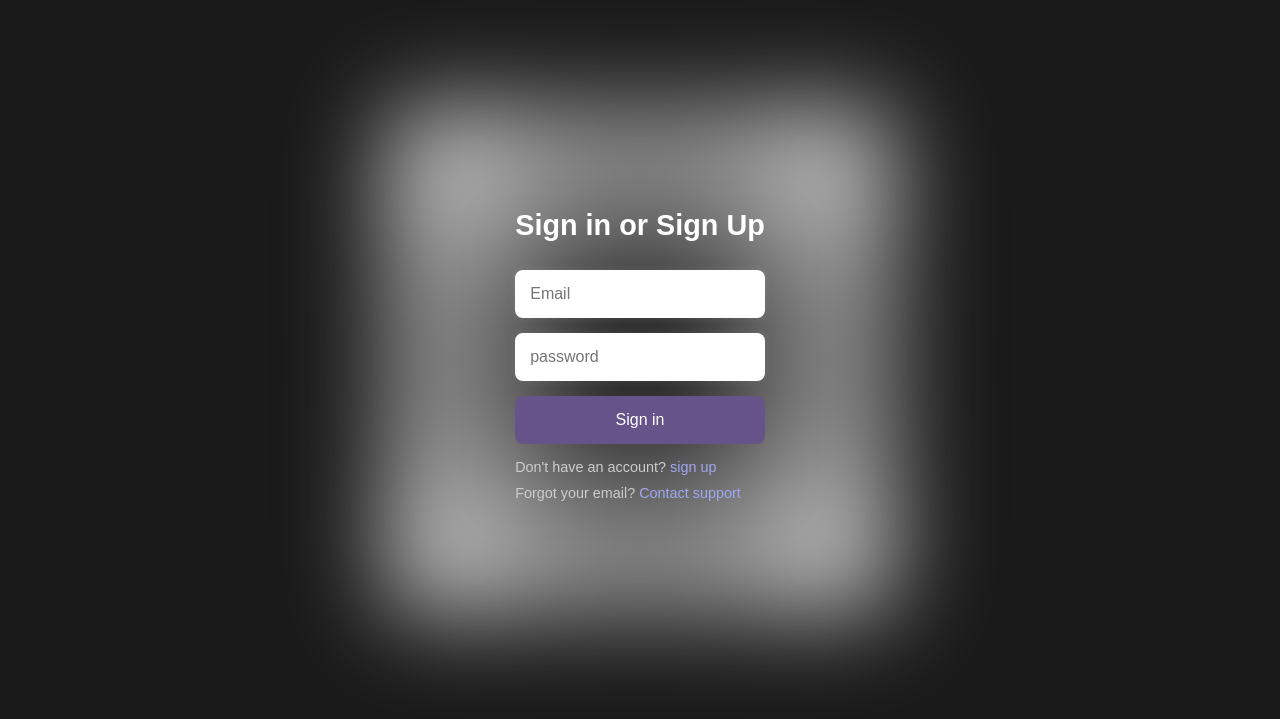
Repository: cmd-keyu/mobileppsh
Page: pages/login.html
An editor plug-in stored every save of this project. The page is shown before and after the next save, followed by the edit.
The browser window is 1280 px wide. The pictures show the whole page.

Above is the page before, as saved 2024-11-12 00:22:32.

### pages/login.html
<!DOCTYPE html>
<html lang="en">
<head>
  <meta charset="UTF-8">
  <meta name="viewport" content="width=device-width, initial-scale=1.0">
  <title>Sign In Form</title>
  <link rel="stylesheet" href="../css/login.css">
  <script src="../javascript/login.js" defer></script>
</head>
<body>
  <div class="container">
    <div class="glow-box">
      <h2 style="color: white;">Sign in or Sign Up</h2>
      <br>
      <!-- <p>All that is required is only your email for sign-up or sign-in!!</p> -->
      <form action="account.html">
        <div class="sign-up">
            <input type="text" placeholder="name" class="disabled-btn">
            <br>
            <br>
            <input type="text" placeholder="address (Optional)">
            <br>
            </div>
        <input type="email" placeholder="Email" required>
        <input type="password" placeholder="password" required>
        <button type="submit" class="sign-in-btn-hide">Sign in</button>
        <button type="submit" class="sign-up-btn-hide">Sign up</button>
      </form>
      <div class="support">
        <p class="sign-up-text-hide">Don't have an account? <label for="sign-up-btn" class="colorsnup">sign up</label><button class="sign-up-btn hide-btn2" id="sign-up-btn">sign up</button></p>
        <p class="sign-in-text-hide">Already have an account? <label for="sign-in-btn" class="colorsnup">sign in</label><button class="sign-in-btn hide-btn2" id="sign-in-btn">sign in</button></p>
        <p>Forgot your email? <a href="#">Contact support</a></p>
      </div>
    </div>
  </div>
</body>
</html>

### css/login.css
* {
    margin: 0;
    padding: 0;
    box-sizing: border-box;
    font-family: Arial, sans-serif;
  }

  body {
    display: flex;
    justify-content: center;
    align-items: center;
    height: 100vh;
    background-color: #1a1a1a;
  }

  .container {
    display: flex;
    justify-content: center;
    align-items: center;
    height: 100%;
  }

  .glow-box::before {
    content: '';
    position: absolute;
    top: 50%;
    left: 50%;
    width: 500px;
    height: 500px;
    background: radial-gradient(circle, black, white);
    transform: translate(-50%, -50%);
    z-index: -1;
    border-radius: 5%;
    filter: blur(50px);
  }

  h2 {
    font-size: 1.8em;
    margin-bottom: 10px;
  }
  label:hover{

    text-decoration: underline;

  }

  p {
    margin-bottom: 10px;
    font-size: 0.9em;
    color: #ccc;
  }

  form {
    display: flex;
    flex-direction: column;
    gap: 15px;
  }

  input[type="email"] {
    padding: 15px;
    font-size: 1em;
    border: none;
    border-radius: 8px;
    outline: none;
    width: 100%;
    box-shadow: 0 0 8px rgba(255, 255, 255, 0.1);
  }
  input[type="password"] {
    padding: 15px;
    font-size: 1em;
    border: none;
    border-radius: 8px;
    outline: none;
    width: 100%;
    box-shadow: 0 0 8px rgba(255, 255, 255, 0.1);
  }

  input[type="text"] {
    padding: 15px;
    font-size: 1em;
    border: none;
    border-radius: 8px;
    outline: none;
    width: 100%;
    box-shadow: 0 0 8px rgba(255, 255, 255, 0.1);
  }

  button {
    padding: 15px;
    font-size: 1em;
    background-color: rgb(102, 83, 138);
    color: #fff;
    border: none;
    border-radius: 8px;
    cursor: pointer;
    transition: background 0.3s;
  }

  button:hover {
    background-color: #4a3bdb;
  }

  .support {
    margin-top: 15px;
  }

  .support a {
    color: #a1a7f1;
    text-decoration: none;
  }

  .support a:hover {
    text-decoration: underline;
  }

  .sign-up{
    display: none;
  }

  .colorsnup{
    color: #a1a7f1;
  }

  .sign-up-btn-hide{
    display: none;
  }

  .hide-btn2{
    display: none;
  }

  .sign-in-text-hide{
    display: none;
  }

### javascript/login.js

const sign_up = document.querySelector('.sign-up')
const sign_up_btn = document.querySelector('.sign-up-btn')
const sign_in_btn = document.querySelector('.sign-in-btn')
const sign_in_btn_hide = document.querySelector('.sign-in-btn-hide')
const sign_up_btn_hide = document.querySelector('.sign-up-btn-hide')
const sign_in_text_hide = document.querySelector('.sign-in-text-hide')
const sign_up_text_hide = document.querySelector('.sign-up-text-hide')
const disabled_btn = document.querySelector('.disabled-btn')

sign_up_btn.addEventListener("click", () => {

  sign_up.style.display = 'block'
  sign_in_btn_hide.style.display = 'none'
  sign_up_btn_hide.style.display = 'block'
  sign_in_text_hide.style.display = 'block'
  sign_up_text_hide.style.display = 'none'
  disabled_btn.setAttribute('required', true)

})

sign_in_btn.addEventListener("click", () => {

  sign_up.style.display = 'none'
  sign_in_btn_hide.style.display = 'block'
  sign_up_btn_hide.style.display = 'none'
  sign_in_text_hide.style.display = 'none'
  sign_up_text_hide.style.display = 'block'
  disabled_btn.setAttribute('required', false)

})

After the next save:
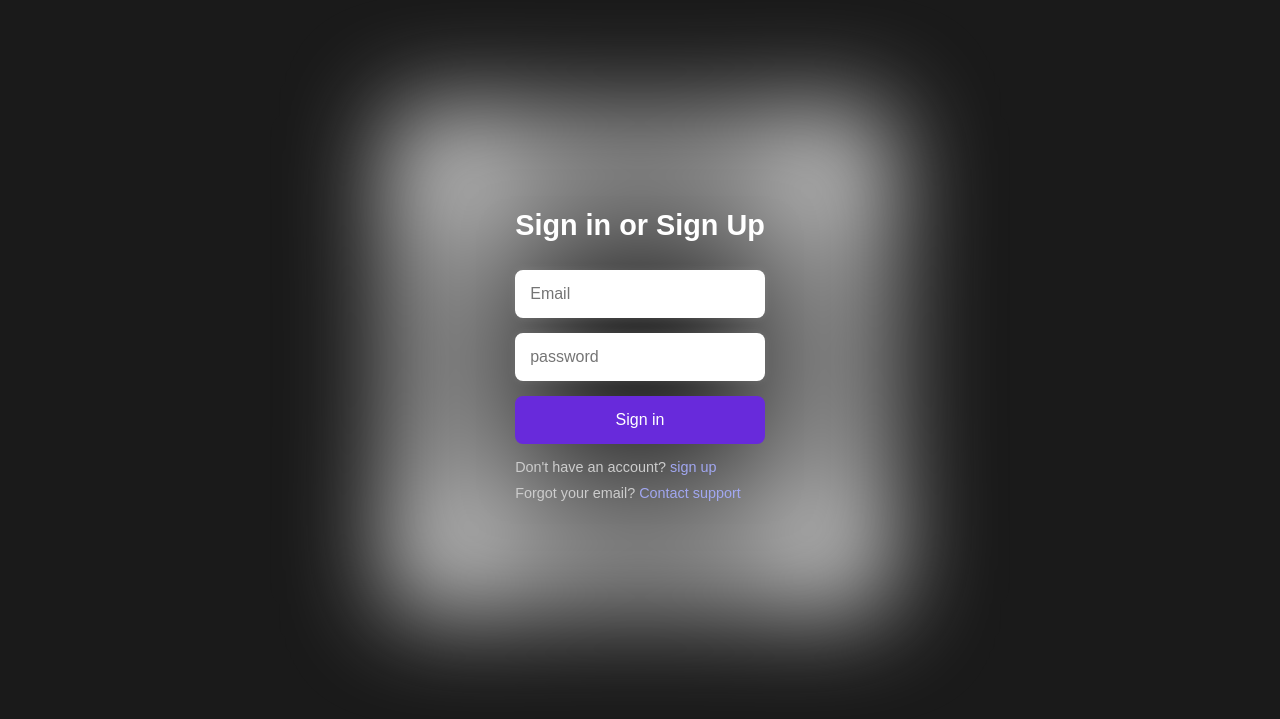
Saved 4 s later.
--- a/css/login.css
+++ b/css/login.css
@@ -88,7 +88,7 @@
   button {
     padding: 15px;
     font-size: 1em;
-    background-color: rgb(102, 83, 138);
+    background-color: rgb(104, 42, 219);
     color: #fff;
     border: none;
     border-radius: 8px;
